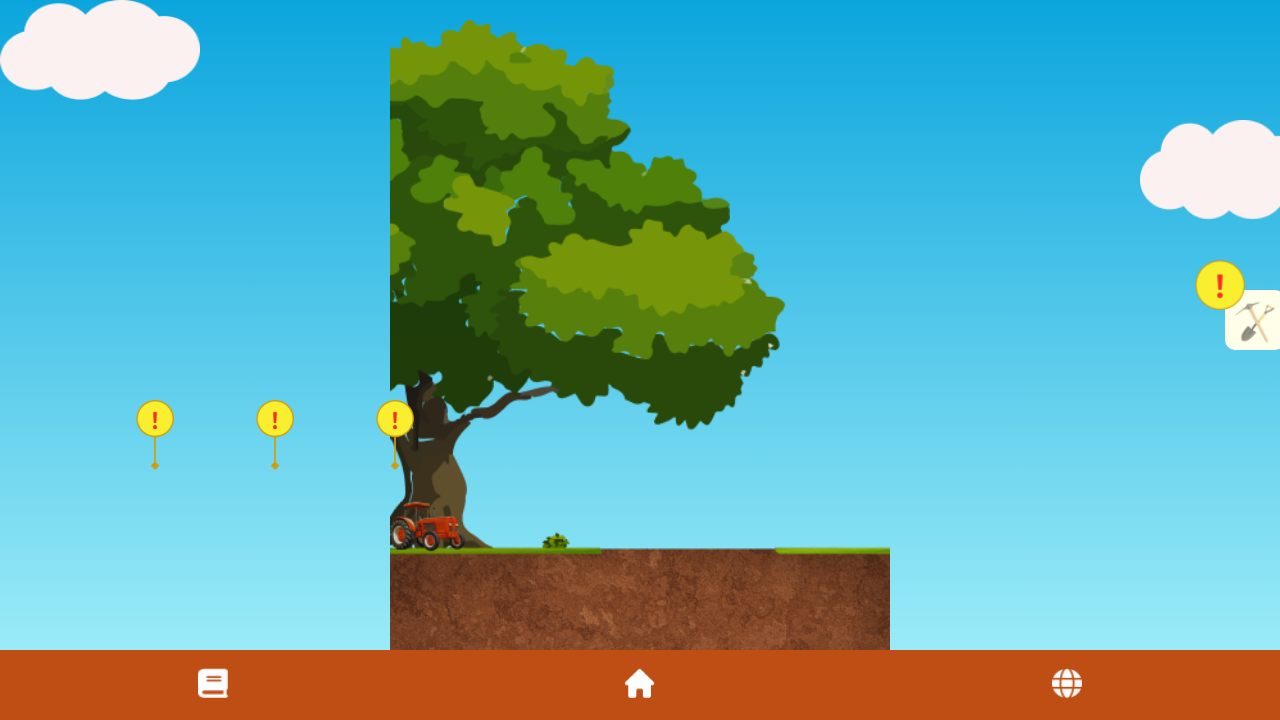
Repository: kobuchisouta/kome-app
Page: /
The author's editor kept a copy of each file at every save. The page is drawn from the files as they stood at one save, then again after the next save.
The browser window is 1280 px wide. The pictures show the whole page.
The project was rebuilt for these pictures with package versions that can differ from the ones it lists, and the page was loaded fresh each time. The framework's server and built-in components were replaced by stand-ins that run in the browser. Also part of the build but not shown: next.config.ts.

Above is the page before, as saved 2025-01-29 11:06:24.

After the next save:
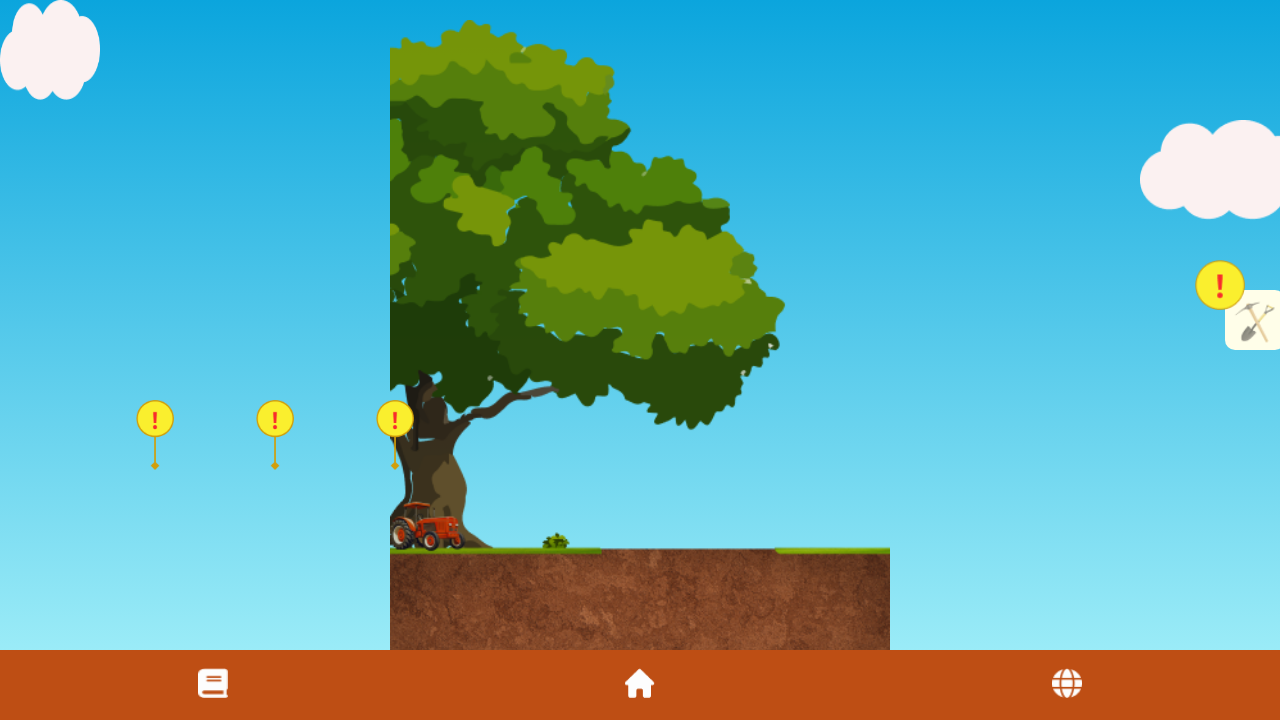
Saved 24 s later.
--- a/src/app/page.tsx
+++ b/src/app/page.tsx
@@ -23,7 +23,7 @@ export default function Home() {
         <div className={styles.contents}>
           <div className={styles.clouds}>
             <p className={styles.cloud1}>
-              <Image src="/cloud1.png" alt="雲" width={200} height={100} />
+              <Image src="/cloud1.png" alt="雲" width={100} height={100} />
             </p>
             <p className={styles.cloud2}>
               <Image src="/cloud2.png" alt="雲" width={170} height={100} />
